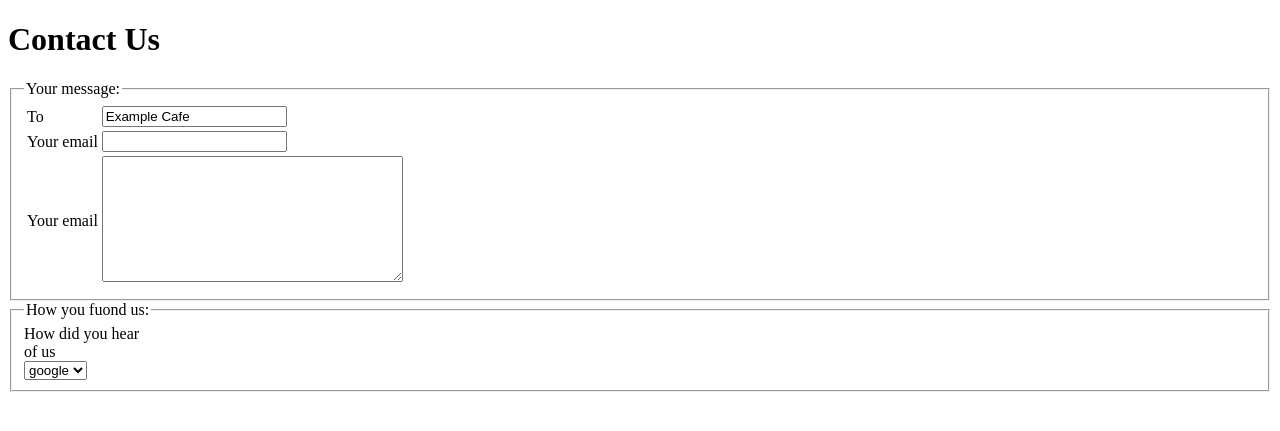
Repository: PhamChiXuan1/HTCNW_tuan3_DHCNTT16C_PhamChiXuan_20030131
Page: bt15.html
The author's editor kept a copy of each file at every save. The page is drawn from the files as they stood at one save, then again after the next save.
The browser window is 1280 px wide. The pictures show the whole page.

Above is the page before, as saved 2022-02-28 11:51:07.

### bt15.html
<!DOCTYPE html>
<html lang="en">
<head>
    <meta charset="UTF-8">
    <meta http-equiv="X-UA-Compatible" content="IE=edge">
    <meta name="viewport" content="width=device-width, initial-scale=1.0">
    <title>Document</title>
</head>
<body>
    <H1>Contact Us</H1>
    <fieldset>
        <legend>Your message:</legend>
        <table>
            <tr>
                <td><table for="emailTo">To</table></td>
                <td><input type="text" name="txtTo" id="emailTo"  size="20" value="Example Cafe"></td>
            </tr>
            <tr>
                <td><table for="emailFrom">Your email</table></td>
                <td><input type="text" name="txtTo" id="emailFrom"  size="20" value=""></td>
            </tr>
            <tr>
                <td><table for="emailBody">Your email</table></td>
                <td><textarea name="" id="emailBody" cols="35" rows="8"></textarea></td>
            </tr>
        </table>
    </fieldset>
    <fieldset>
        <legend>How you fuond us:</legend>
        <tr>
            <td>
                <table>How did you hear <br>of us</table> <select name="" id="">
                    <option value="google">google</option>
                </select>

            </td>
            <td>


            </td>
        </tr>
    </fieldset>
</body>
</html>

After the next save:
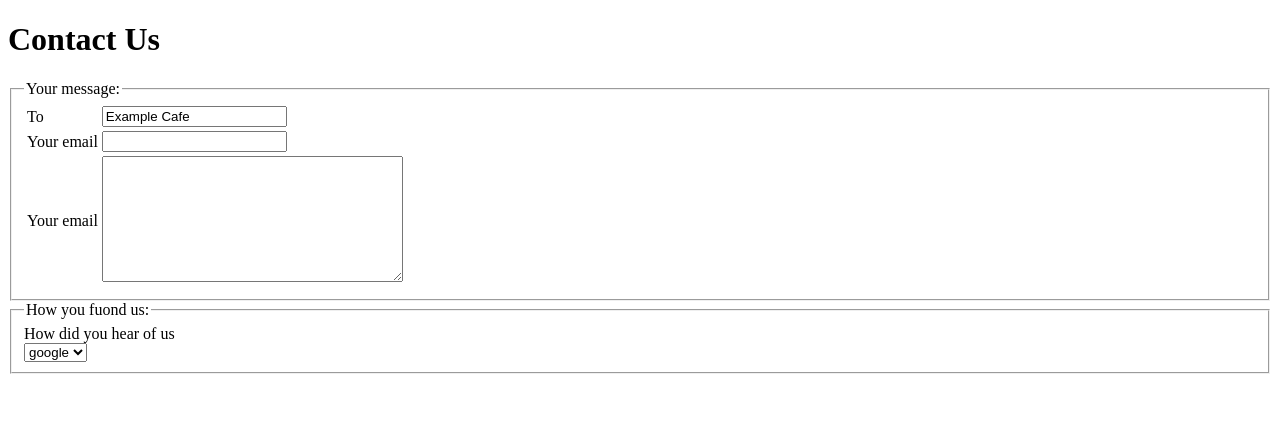
Saved 37 s later.
--- a/bt15.html
+++ b/bt15.html
@@ -28,14 +28,11 @@
     <fieldset>
         <legend>How you fuond us:</legend>
         <tr>
+            <td><table>How did you hear of us</table></td>
             <td>
-                <table>How did you hear <br>of us</table> <select name="" id="">
+                <select name="" id="">
                     <option value="google">google</option>
                 </select>
-
-            </td>
-            <td>
-
 
             </td>
         </tr>

After the save that followed:
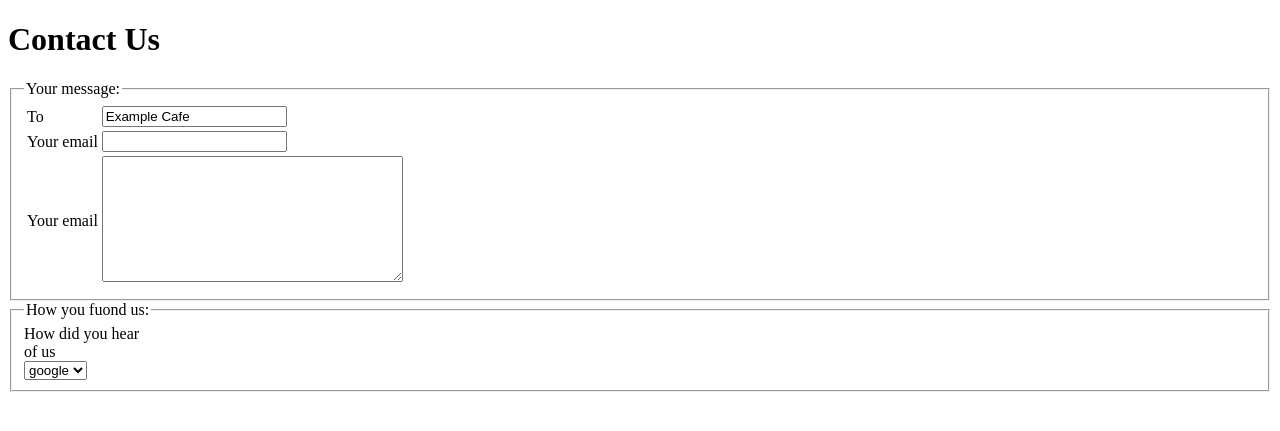
Saved 12 s later.
--- a/bt15.html
+++ b/bt15.html
@@ -28,7 +28,7 @@
     <fieldset>
         <legend>How you fuond us:</legend>
         <tr>
-            <td><table>How did you hear of us</table></td>
+            <td><table>How did you hear <br>of us</table></td>
             <td>
                 <select name="" id="">
                     <option value="google">google</option>
